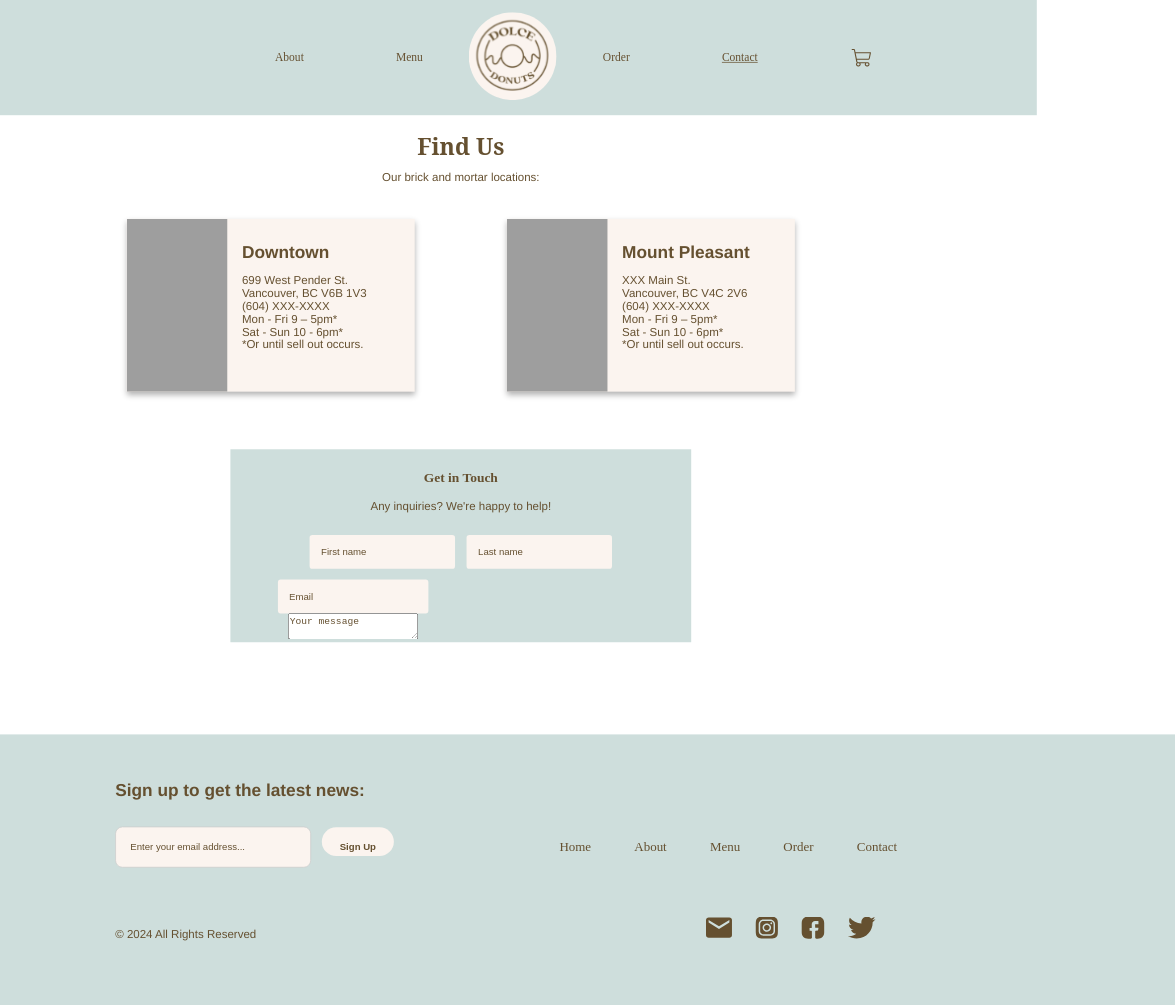
Repository: Crystalhtc/dolcedonuts
Page: /contact
These files come from the project's save history. The page is drawn as it stood at one moment and after the next save; the edit follows.
The browser window is 1280 px wide. The page is 1632 px wide, so the pictures cover 1632 px, including what lies to the right of the window. The pictures show the whole page, at 72% of full size.
Pictures or frames that could not be fetched are drawn as grey boxes. The project was rebuilt for these pictures with package versions that can differ from the ones it lists, and the page was loaded fresh each time. Also part of the build but not shown: vite.config.js, src/pages/Home.module.css, src/pages/Home.jsx, src/components/ProductCard/ProductCard.jsx, src/Data/products.js, src/pages/Order.css, src/pages/Menu.jsx, src/pages/Order.jsx and 13 more.

Above is the page before, as saved 2024-10-20 15:27:30.

After the next save:
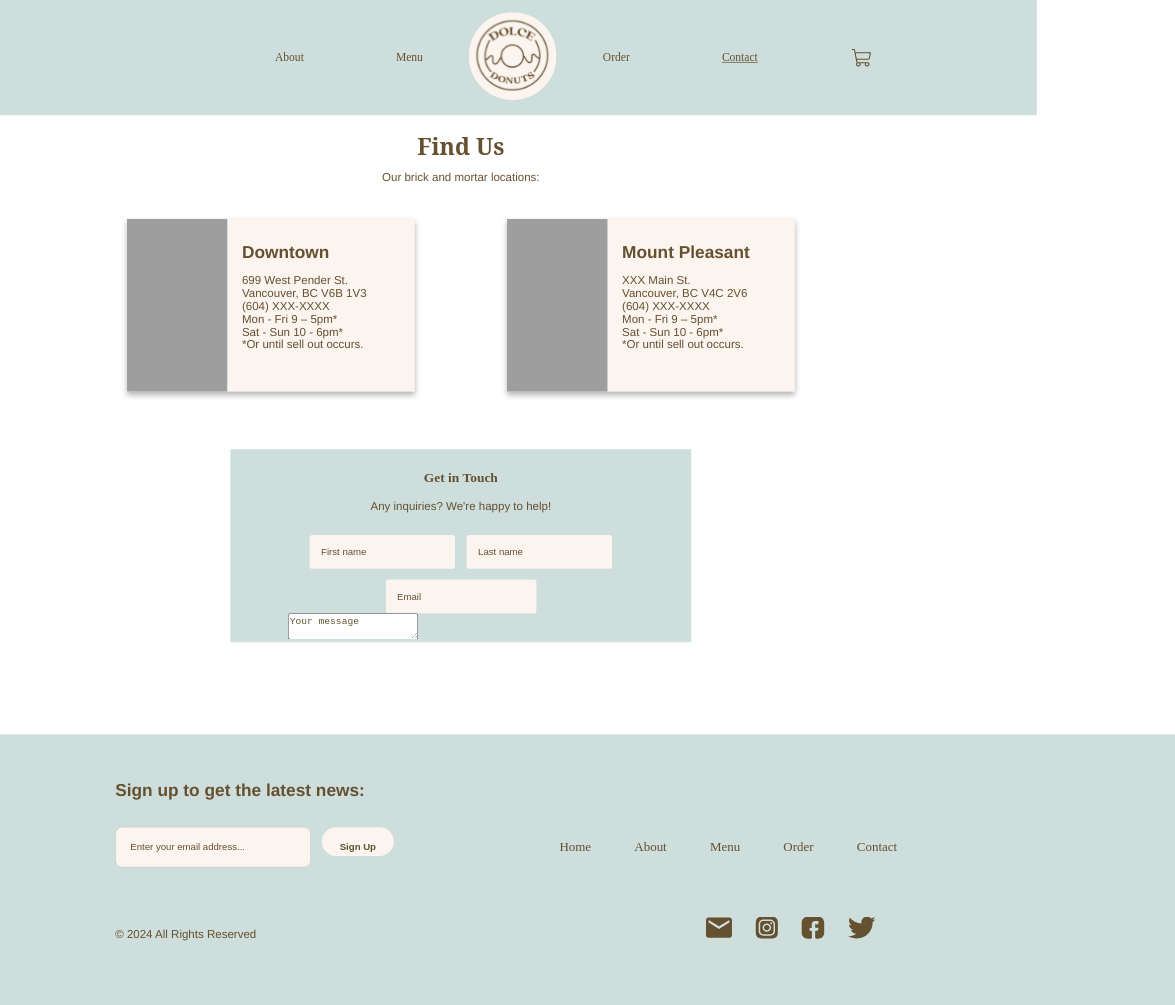
Saved 15 s later.
--- a/src/components/ContactUsForm/ContactForm.jsx
+++ b/src/components/ContactUsForm/ContactForm.jsx
@@ -48,7 +48,7 @@ export default function Form() {
                                 />
                             </div>
                         </div>
-                        <div className={styles.formPlaceholders}>
+                        <div>
                             <input type="email" name="email" placeholder="Email"/>
                         </div>
 
